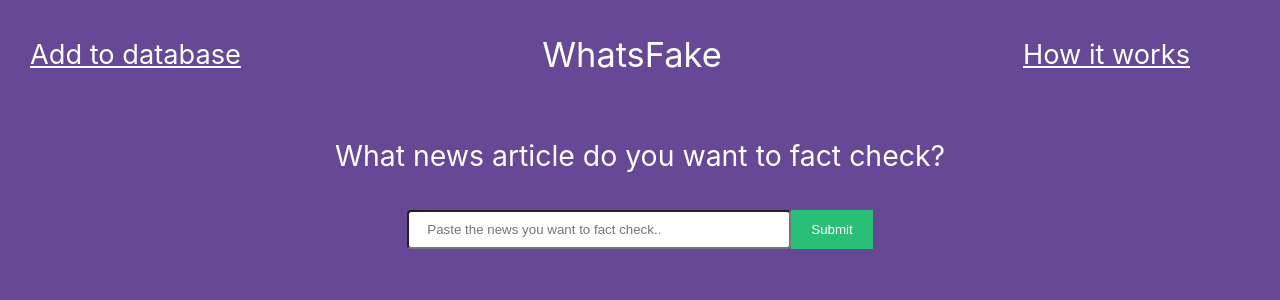
Repository: alkalox/FakeNews
Page: /
These files come from the project's save history. The page is drawn as it stood at one moment and after the next save; the edit follows.
The browser window is 1280 px wide. The pictures show the whole page.
The project was rebuilt for these pictures with package versions that can differ from the ones it lists, and the page was loaded fresh each time.

Above is the page before, as saved 2019-04-24 11:33:31.

### src/App.js
import React, { Component } from 'react';
import { BrowserRouter as Router, Route, Link } from "react-router-dom";
import './App.css';

class App extends Component {
  render () {
    return (
    <Router>
      <div>
        <Route path="/" exact component={Home} />
        <Route path="/howitworks" component={How} />
        <Route path="/addtodatabase" component={Add} />
      </div>
    </Router>)
  }
}

class Home extends Component {
  constructor(props) {
    super(props);
    this.state = {
      value: '',
      str: '',
      result: '',
      isResult: false,
    };

    this.handleChange = this.handleChange.bind(this);
    this.handleSubmit = this.handleSubmit.bind(this);
  }

  handleChange(event) {
    this.setState({value: event.target.value});
  }

  handleSubmit(event) {
    this.setState({str: this.state.value});
    this.getPrediction();
    event.preventDefault();
  }

  getPrediction = async() => {
    const response = await fetch('http://127.0.0.1:5000/string?stringname=' + this.state.value)
    const convert = await response.json()
    this.setState({result:convert})
    this.setState({isResult:true})
  }


  render() {
    return (
      <div className="App">
          <header className="App-header">
            <p className = "left">
              <Link to="/addtodatabase" style={{color: 'white', textDecoration: 'underline'}}>Add to database</Link>
            </p>
            <p>
              WhatsFake
            </p>
            <p className = "right">
              <Link to="/howitworks" style={{color: 'white', textDecoration: 'underline'}}>How it works</Link>
            </p>
          </header>
          <p className ="text">
            What news article do you want to fact check?
          </p>
          <div className="Form">
            <form onSubmit={this.handleSubmit}>
              <label>
                <input
                  type="text"
                  value={this.state.value}
                  onChange={this.handleChange}
                  placeholder = "Paste the news you want to fact check.."
                  className ="input" />
              </label>
              <input type="submit" value="Submit" className ="submit" />
            </form>
          </div>
          {this.state.isResult ? (<div className = "result">
            <p> The entered news {this.state.value} is {this.state.result}</p>
            </div>) : ( <p></p>)}
      </div>
    );
  }
}

class How extends Component {
  render () {
    return (
      <div className="App">
        <p className = "right">
          <Link to="/" style={{color: 'white', textDecoration: 'underline'}}>Back</Link>
        </p>
        <p className ="textbox">
          We analyze a dataset of real and fake news in natural language processing toolkit(NLTK) and and scikit-learn for our machine learning algorithm to adapt and get better at recognizing fake news. We have used various sentiment analysis approaches to provide an accurate viewpoint. Support Vector Machine Algorithm has proven to be the most accurate in recognizing fake news, and thus we use that. We recognize the limitations of this algorithm, and say that the results may not always be fully accurate.
        </p>
      </div>
    )
  }
}

class Add extends Component {
  constructor(props) {
    super(props);
    this.state = {
      value: '',
    };

    this.handleChange2 = this.handleChange2.bind(this);
    this.handleSubmit2 = this.handleSubmit2.bind(this);
  }

  handleChange2(event) {
    this.setState({value: event.target.value});
  }

  handleSubmit2(event) {
    alert("Your submission was added to the database.")
    this.setState({value: ''});
  }

  render () {
    return (
      <div className="App">
          <header className="App-header">
            <p className="left">
              <Link to="/" style={{color: 'white', textDecoration: 'underline'}}>Back</Link>
            </p>
          </header>
          <p className ="text">
            Add to our database
          </p>
          <div className="Form">
            <form onSubmit={this.handleSubmit2}>
              <label>
                <input
                  type="text"
                  value={this.state.value}
                  onChange={this.handleChange2}
                  placeholder = "Paste news article title to grow our database"
                  className ="input" />
              </label>
              <label className="text">
                <input type="radio" value="option1" />
                True
              </label>
              <label className="text">
                <input type="radio" value="option1" checked={false} />
                False
              </label>
              <input type="submit" value="Submit" className ="submit" />
            </form>
            <p className = "text2">
              Submit a news article title that will be added to our database, so that our algorithm keeps providing updated results.
            </p>
          </div>
      </div>
    )
  }
}

export default App;

### src/App.css
.App {
  text-align: center;
  background-color: #664897;
  min-height: 100vh;
}

.App-header {
  display: flex;
  flex-direction: row;
  align-items: center;
  justify-content: space-between;
  font-size: calc(20px + 2vmin);
  color: white;
}

.left {
  color: white;
  padding-left: 30px;
  font-size: calc(20px + 1vmin);
}
.right {
  padding-right: 90px;
  font-size: calc(20px + 1vmin);
}
.input {
  width: 30%;
  padding: 10px 18px;
  margin: 8px 0;
  box-sizing: border-box;
  border-radius: 4px;
}

.submit {
  background-color: rgba(36, 202, 116, 0.918);
  border: none;
  color: white;
  padding: 12px 20px;
  text-decoration: none;
  margin: 8px 0px;
  cursor: pointer;
}

.text {
  display: flex;
  flex-direction: column;
  align-items: center;
  justify-content: center;
  font-size: calc(14px + 2vmin);
  color: white;
}

.result {
  display: flex;
  flex-direction: column;
  align-items: center;
  justify-content: center;
  font-size: calc(14px + 1vmin);
  color: white;
}

.textbox {
  display: flex;
  flex-direction: center;
  align-items: center;
  justify-content: flex-start;
  font-size: calc(15px + 1vmin);
  color: white;
  padding: 100px;
}

.text2 {
  display: flex;
  flex-direction: column;
  align-items: center;
  justify-content: center;
  font-size: calc(10px + 1vmin);
  color: white;
}

Loaded but not shown: public/index.html (common file); src/index.js (common file); src/index.css (common file); src/serviceWorker.js (common file)

After the next save:
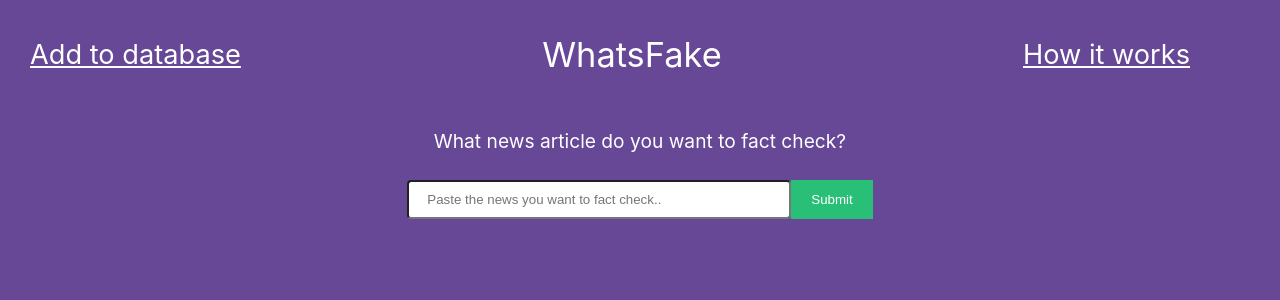
Saved 19 s later.
--- a/src/App.css
+++ b/src/App.css
@@ -45,7 +45,7 @@
   flex-direction: column;
   align-items: center;
   justify-content: center;
-  font-size: calc(14px + 2vmin);
+  font-size: calc(12px + 1vmin);
   color: white;
 }
 
